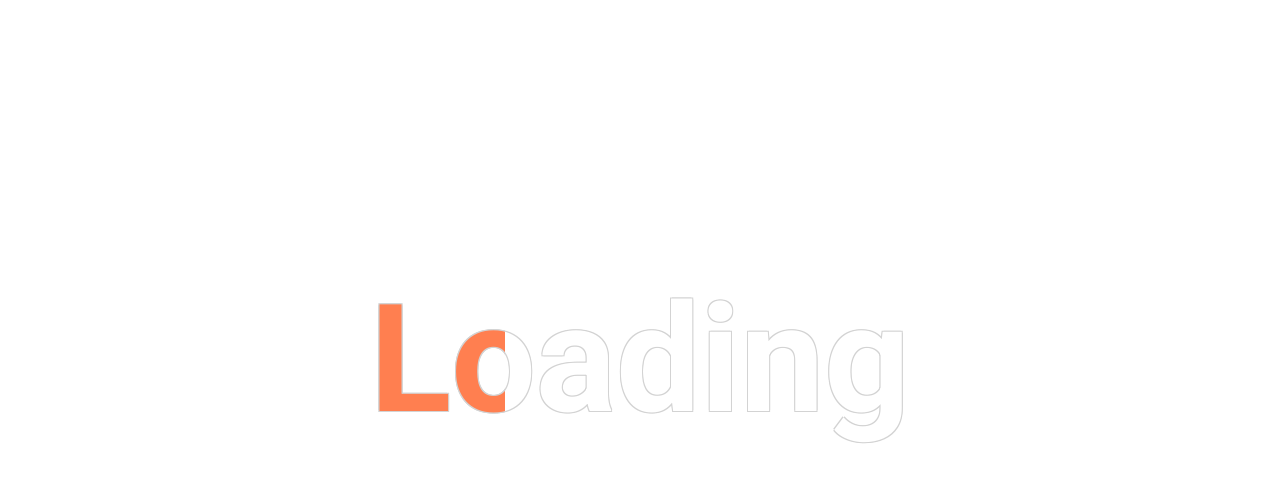
Repository: safak/animation
Page: index-4.html
These files come from the project's save history. The page is drawn as it stood at one moment and after the next save; the edit follows.
The browser window is 1280 px wide. The pictures show the whole page.

Above is the page before, as saved 2020-12-17 00:44:14.

After the next save:
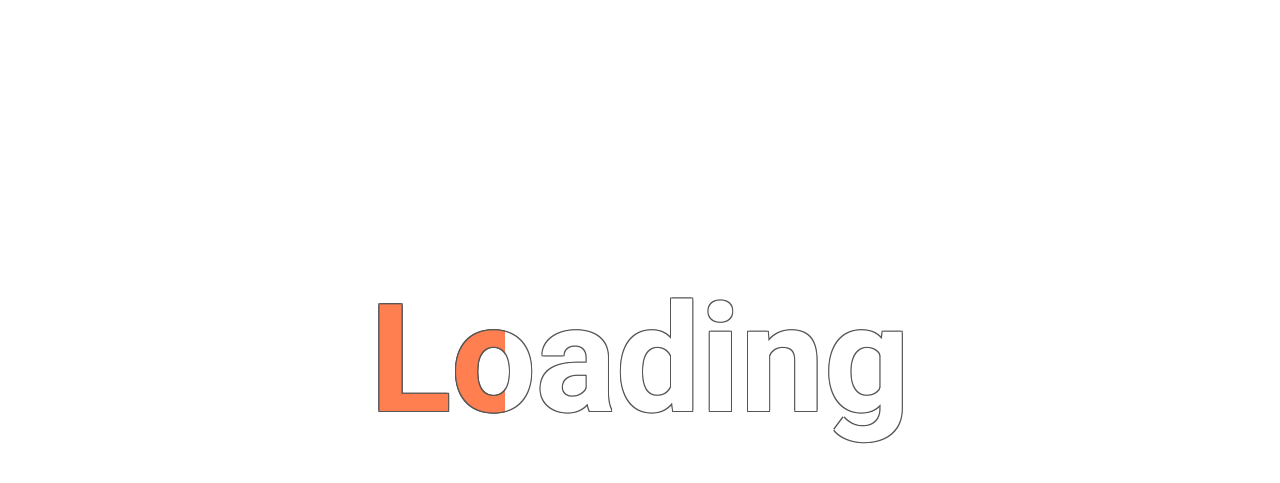
Saved 13 s later.
--- a/style.css
+++ b/style.css
@@ -156,8 +156,8 @@ h1 {
   display: flex;
   align-items: center;
   justify-content: center;
-  text-shadow: -1px -1px 0 lightgrey, 1px -1px 0 lightgrey, -1px 1px 0 lightgrey,
-    1px 1px 0 lightgrey;
+  text-shadow: -1px -1px 0 #555555, 1px -1px 0 #555555, -1px 1px 0 #555555,
+    1px 1px 0 #555555;
   color: white;
   position: relative;
 }
